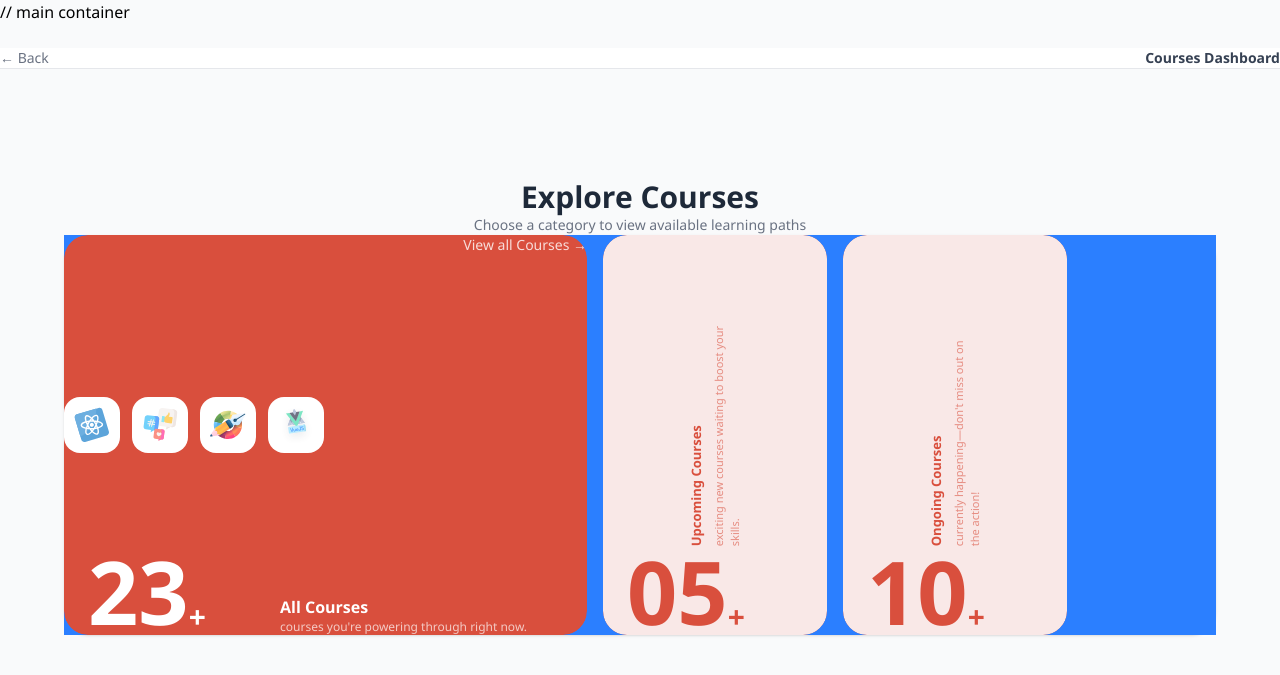
Repository: RahulRajKhadka/nextjs-dashboard-app
Page: /task2
These files come from the project's save history. The page is drawn as it stood at one moment and after the next save; the edit follows.
The browser window is 1280 px wide. The pictures show the whole page.
The project was rebuilt for these pictures with package versions that can differ from the ones it lists, and the page was loaded fresh each time. The framework's server and built-in components were replaced by stand-ins that run in the browser. Also part of the build but not shown: next.config.ts.

Above is the page before, as saved 2026-04-10 16:01:51.

### src/app/layout.tsx
import type { Metadata } from "next";
import "./globals.css";

export const metadata: Metadata = {
  title: "SkillShikshya Tasks",
  description: "Frontend & Logical Tasks",
};

export default function RootLayout({
  children,
}: {
  children: React.ReactNode;
}) {
  return (
    <html lang="en">
      <body>{children}</body>
    </html>
  );
}

### src/app/task2/page.tsx
"use client";
import dynamic from "next/dynamic";
import Link from "next/link";

const CourseCards = dynamic(() => import("@/components/task2/CourseCards"), {
  loading: () => (
    <div className="flex items-center justify-center h-[300px] text-gray-400 text-sm">
      Loading courses...
    </div>
  ),
  ssr: false,
});

export default function Task2Page() {
  return (
    <main className="min-h-screen bg-gray-50 flex flex-col gap-6 "> // main container

      {/* Top Bar */}
      <div className="flex items-center justify-between px-6 md:px-10 py-4 border-b border-gray-200 bg-white">
        <Link
          href="/"
          className="text-sm text-gray-500 hover:text-gray-900 transition-colors"
        >
          ← Back
        </Link>

        <span className="text-sm font-semibold text-gray-700">
          Courses Dashboard
        </span>
      </div>

      {/* Centered Content */}
      <div className="flex-1 flex items-center justify-center px-4 py-10">

        <div className="w-full max-w-6xl">

          {/* Heading */}
          <div className="mb-8 text-center mt-10">
            <h1 className="text-3xl font-bold text-gray-800">
              Explore Courses
            </h1>
            <p className="text-gray-500 text-sm mt-2">
              Choose a category to view available learning paths
            </p>
          </div>

          {/* Cards */}
          <div className="bg-white rounded-3xl shadow-sm p-4 md:p-6">
            <CourseCards />
          </div>

        </div>

      </div>
    </main>
  );
}

### src/app/globals.css
@import "tailwindcss";

* {
  margin: 0;
  padding: 0;
  box-sizing: border-box;
}

html {
  scroll-behavior: smooth;
}

body {
  font-family: "Segoe UI", sans-serif;
  background-color: #f5f5f5;
}

.vertical-text {
  writing-mode: vertical-rl;
  transform: rotate(180deg);
}

### src/components/task2/CourseCards.tsx
"use client";

import { useState, useRef, useLayoutEffect } from "react";
import CourseCard from "./CourseCard";
import { courseCardsData } from "./courseCardsData";
import gsap from "gsap";

export default function CourseCards() {
  const [expandedId, setExpandedId] = useState<number>(1);
  const [directionMap, setDirectionMap] = useState<Map<number, "left" | "right">>(new Map());

  const cardRefs = useRef<(HTMLDivElement | null)[]>([]);
  const labelRefs = useRef<(HTMLDivElement | null)[]>([]); // Store label refs
  const numberRefs = useRef<(HTMLDivElement | null)[]>([]); // Store number refs
  const containerRef = useRef<HTMLDivElement>(null);
  const expandedWidth = useRef(0);
  const collapsedWidth = useRef(0);
  const isAnimating = useRef(false);

  useLayoutEffect(() => {
    const container = containerRef.current;
    if (!container) return;

    const totalWidth = container.clientWidth;
    const gap = 16;
    const totalGap = gap * (courseCardsData.length - 1);
    const unit = (totalWidth - totalGap) / courseCardsData.length;

    expandedWidth.current = unit * 1.4;
    collapsedWidth.current = unit * 0.6;

    const initialDirectionMap = new Map<number, "left" | "right">();
    courseCardsData.forEach((course, index) => {
      const initialDirection = index === 0 ? "right" : "left";
      initialDirectionMap.set(course.id, initialDirection);
    });
    setDirectionMap(initialDirectionMap);

    cardRefs.current.forEach((el, i) => {
      if (el) {
        gsap.set(el, {
          width: courseCardsData[i].id === 1 ? expandedWidth.current : collapsedWidth.current,
        });
      }
    });
  }, []);

  const getDirectionForCard = (clickedId: number, currentExpandedId: number): "left" | "right" => {
    const clickedIndex = courseCardsData.findIndex((c) => c.id === clickedId);
    const expandedIndex = courseCardsData.findIndex((c) => c.id === currentExpandedId);

    if (clickedIndex === 0) return "right";
    if (clickedIndex === courseCardsData.length - 1) return "left";

    if (clickedIndex < expandedIndex) return "right";
    return "left";
  };

  const handleCardClick = (courseId: number) => {
    if (courseId === expandedId || isAnimating.current) return;

    const newDirection = getDirectionForCard(courseId, expandedId);
    const prevIndex = courseCardsData.findIndex((c) => c.id === expandedId);
    const newIndex = courseCardsData.findIndex((c) => c.id === courseId);

    isAnimating.current = true;

    const tl = gsap.timeline({
      onComplete: () => {
        isAnimating.current = false;
      },
    });

    setDirectionMap(prev => {
      const newMap = new Map(prev);
      newMap.set(courseId, newDirection);
      return newMap;
    });

    // Get label and number elements for animation
    const oldLabel = labelRefs.current[prevIndex];
    const newLabel = labelRefs.current[newIndex];
    const oldNumber = numberRefs.current[prevIndex];
    const newNumber = numberRefs.current[newIndex];
    const courseData = courseCardsData[newIndex];

    // Animate old card collapse
    tl.to(cardRefs.current[prevIndex], {
      width: collapsedWidth.current,
      duration: 0.5,
      ease: "power3.inOut",
    }, 0);

    // Animate old label back to collapsed state
    if (oldLabel) {
      tl.to(oldLabel, {
        rotation: -90,
        x: 0,
        y: 0,
        color: courseData.textColor,
        duration: 0.5,
        ease: "power2.inOut",
      }, 0);
    }

    // Animate old number color
    if (oldNumber) {
      tl.to(oldNumber, {
        color: courseData.textColor,
        duration: 0.3,
      }, 0);
    }

    // Update expanded ID mid-timeline
    tl.call(() => {
      setExpandedId(courseId);
    }, null, 0.25);

    // Animate new card expansion
    tl.to(cardRefs.current[newIndex], {
      width: expandedWidth.current,
      duration: 0.5,
      ease: "power3.inOut",
    }, 0.25);

    // Animate new label to expanded position
    if (newLabel && newNumber) {
      const labelRect = newLabel.getBoundingClientRect();
      const numberRect = newNumber.getBoundingClientRect();

      const targetX = numberRect.right + 16 - (labelRect.left + labelRect.width / 2);
      const targetY = numberRect.bottom - labelRect.height / 2 - labelRect.top - labelRect.height / 2;

      tl.fromTo(newLabel,
        {
          rotation: -90,
          x: 0,
          y: 0,
          color: courseData.textColor,
        },
        {
          rotation: 0,
          x: targetX,
          y: targetY,
          color: "#ffffff",
          duration: 0.5,
          ease: "back.out(0.3)",
        }, 0.25
      );
    }

    // Animate new number color
    if (newNumber) {
      tl.to(newNumber, {
        color: "#ffffff",
        duration: 0.3,
      }, 0.4);
    }
  };

  return (
    <div ref={containerRef} className="flex  gap-4 box-border w-full my-8 bg-blue-500  min-h-[200px] md:min-h-[200px] lg:min-h-[400px] ">
      {courseCardsData.map((course, i) => (
        <div
          key={course.id}
          ref={(el) => {
            cardRefs.current[i] = el;
          }}
          className="shrink-0 overflow-hidden my-auto rounded-3xl"
        >
          <CourseCard
            course={course}
            isExpanded={expandedId === course.id}
            direction={directionMap.get(course.id) || (i === 0 ? "right" : "left")}
            isLeftmost={i === 0}
            onClick={() => handleCardClick(course.id)}
            labelRef={(el) => { labelRefs.current[i] = el; }}
            numberRef={(el) => { numberRefs.current[i] = el; }}
          />
        </div>
      ))}
    </div>
  );
}

### src/components/task2/CourseCard.tsx
"use client";

import Image from "next/image";
import { useRef, useLayoutEffect } from "react";
import { CourseCard as CourseCardType } from "@/types";
import gsap from "gsap";

interface Props {
  course: CourseCardType;
  isExpanded: boolean;
  onClick: () => void;
  direction: "left" | "right";
  isLeftmost?: boolean;
}

export default function CourseCard({
  course,
  isExpanded,
  onClick,
  direction,
  isLeftmost = false,
}: Props) {
  const numberRef = useRef<HTMLDivElement>(null);
  const collapsedLabelRef = useRef<HTMLDivElement>(null);
  const expandedLabelRef = useRef<HTMLDivElement>(null);
  const iconsRef = useRef<(HTMLSpanElement | null)[]>([]);
  const topbarRef = useRef<HTMLDivElement>(null);
  const expandedViewRef = useRef<HTMLDivElement>(null);
  const circleRef = useRef<HTMLDivElement>(null);

  useLayoutEffect(() => {
    if (!numberRef.current) return;

    if (isExpanded) {
      // ✅ FLIP START (measure BEFORE layout shift)
      const startRect = numberRef.current.getBoundingClientRect();

      requestAnimationFrame(() => {
        const endRect = numberRef.current!.getBoundingClientRect();
        const deltaX = startRect.left - endRect.left;

        if (direction === "left") {
          gsap.fromTo(
            numberRef.current,
            { x: deltaX },
            {
              x: 0,
              duration: 1.1,
              ease: "power2.out",
            }
          );
        } else {
          gsap.set(numberRef.current, { x: 0 });
        }
      });

      // Circle
      gsap.to(circleRef.current, {
        clipPath: "circle(0% at 0% 100%)",
        duration: 1.5,
        ease: "power3.inOut",
      });

      // Collapse label
      gsap.to(collapsedLabelRef.current, {
        rotate: 0,
        opacity: 0,
        duration: 0.5,
      });

      // Expanded view
      gsap.set(expandedViewRef.current, { display: "grid" });

      const topbarFromX = direction === "left" ? 80 : -80;
      const iconsFromX = direction === "left" ? 150 : -150;

      gsap.fromTo(
        topbarRef.current,
        { opacity: 0, y: -10, x: topbarFromX },
        { opacity: 1, y: 0, x: 0, duration: 0.5, delay: 0.25 }
      );

      gsap.set(iconsRef.current, { x: iconsFromX, opacity: 0 });
      iconsRef.current.forEach((icon, i) => {
        gsap.to(icon, {
          x: 0,
          opacity: 1,
          duration: 0.5,
          delay: 0.25 + i * 0.1,
        });
      });

      const labelFromX = direction === "left" ? 100 : -100;
      gsap.fromTo(
        expandedLabelRef.current,
        { x: labelFromX, opacity: 0 },
        { x: 0, opacity: 1, duration: 2.5, delay: 1,ease: "back.out"   }
      );
    } else {
      // Collapse
      gsap.to(circleRef.current, {
        clipPath: "circle(130% at 0% 80%)",
        duration: 0.7,
      });

      gsap.set(numberRef.current, { x: 0 });

      gsap.set(expandedViewRef.current, { display: "none", delay: 0.2 });

      gsap.to(collapsedLabelRef.current, {
        rotate: -90,
        opacity: 1,
        duration: 0.5,
        delay: 0.15,
      });
    }
  }, [isExpanded, direction]);

  return (
    <div
      onClick={onClick}
      className="relative rounded-3xl overflow-hidden cursor-pointer h-full w-full"
      style={{ backgroundColor: course.bgExpanded }}
    >
      <div
        ref={circleRef}
        className="absolute inset-0 z-[1]"
        style={{
          backgroundColor: course.bg,
          clipPath: "circle(150% at 0% 100%)",
        }}
      />

      {/* NUMBER */}
      <div className="absolute bottom-0 left-6 z-[3] flex items-end p-4">
        <div ref={numberRef} className="flex items-end">
          <span
            className="font-black leading-none"
            style={{
              color: isExpanded ? "#fff" : course.textColor,
              fontSize: "clamp(3.5rem,7vw,5.5rem)",
            }}
          >
            {String(course.count).padStart(2, "0")}
          </span>
          <span
            className="font-black text-3xl mb-2 ml-1"
            style={{ color: isExpanded ? "#fff" : course.textColor }}
          >
            +
          </span>
        </div>
      </div>

      {/* Collapsed */}
      <div className="absolute inset-0 z-[2] flex items-center justify-center">
        <div
          ref={collapsedLabelRef}
          className="flex flex-col gap-1"
          style={{ transform: "rotate(-90deg)" }}
        >
          <span className="font-bold text-[13px]" style={{ color: course.textColor }}>
            {course.label}
          </span>
          <p className="text-[11px] opacity-60" style={{ color: course.textColor }}>
            {course.sublabel}
          </p>
        </div>
      </div>

      {/* Expanded */}
      <div
        ref={expandedViewRef}
        className="absolute inset-0 z-[2] p-5"
        style={{
          display: isExpanded ? "grid" : "none",
          gridTemplateRows: "auto 1fr auto",
        }}
      >
        <div ref={topbarRef} className="flex justify-end mt-40">
          <span className="text-white/80 text-sm">View all Courses →</span>
        </div>

        <div className="flex gap-3 items-center">
          {course.icons?.map((iconPath, i) => (
            <span
              key={i}
              ref={(el) => (iconsRef.current[i] = el)}
              className="w-14 h-14 rounded-2xl bg-white flex items-center justify-center"
            >
              <Image src={iconPath} alt="" width={36} height={36} />
            </span>
          ))}
        </div>

        <div className="flex gap-10 mb-4">
          <div style={{ width: "clamp(8rem,14vw,11rem)" }} />
          <div ref={expandedLabelRef}>
            <span className="text-white font-bold">{course.label}</span>
            <p className="text-white/70 text-xs">{course.sublabel}</p>
          </div>
        </div>
      </div>
    </div>
  );
}

### src/components/task2/courseCardsData.ts
import { CourseCard } from "@/types";

export const courseCardsData: CourseCard[] = [
  {
    id: 1,
    count: "23",
    label: "All Courses",
    sublabel: "courses you're powering through right now.",
    bg: "#F9E8E7",        // ← was "#D94F3D", should be light pink
    textColor: "#D94F3D",  // ← was "white", red for collapsed state
    bgExpanded: "#D94F3D",
    icons: ["/images/react.svg", "/images/likes.svg", "/images/design.svg", "/images/view.svg"],
  },
  {
    id: 2,
    count: "05",
    label: "Upcoming Courses",
    sublabel: "exciting new courses waiting to boost your skills.",
    bg: "#F9E8E7",
    textColor: "#D94F3D",
    bgExpanded: "#D94F3D",
    icons: ["/images/react.svg", "/images/likes.svg", "/images/design.svg", "/images/view.svg"],
  },
  {
    id: 3,
    count: "10",
    label: "Ongoing Courses",
    sublabel: "currently happening—don't miss out on the action!",
    bg: "#F9E8E7",
    textColor: "#D94F3D",
    bgExpanded: "#D94F3D",
    icons: ["/images/react.svg", "/images/likes.svg", "/images/design.svg", "/images/view.svg"],
  },
];

After the next save:
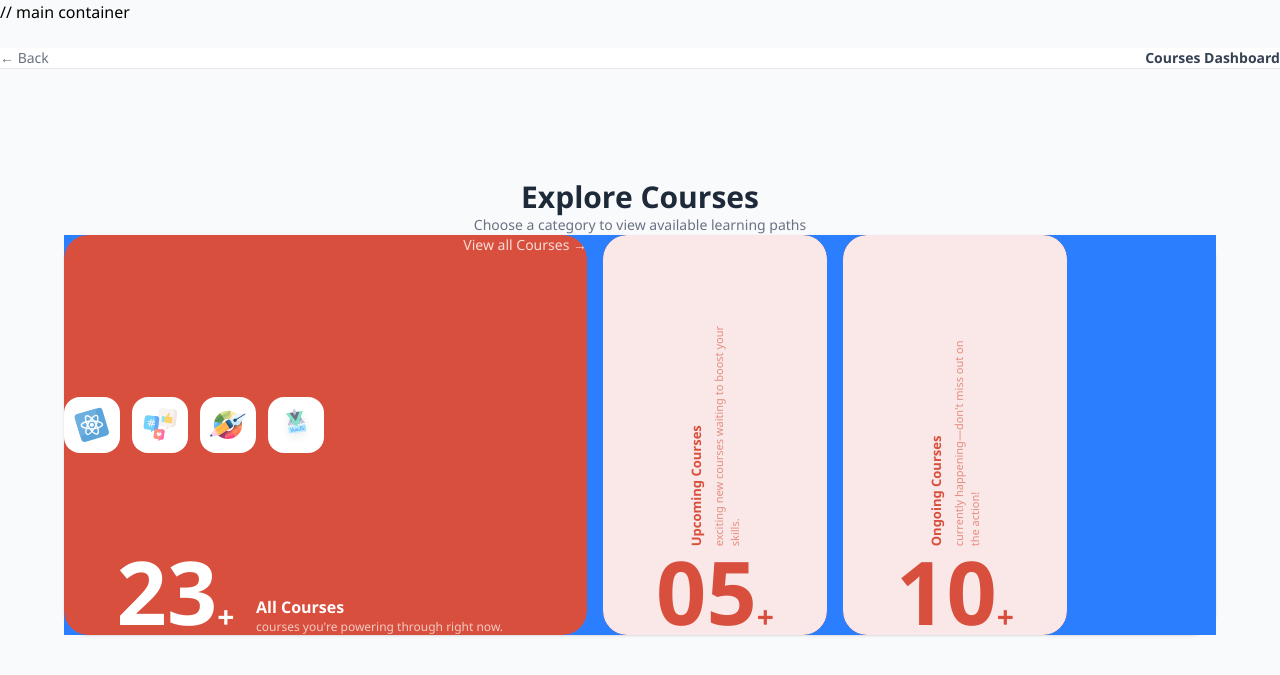
Saved 8 s later.
--- a/src/components/task2/CourseCard.tsx
+++ b/src/components/task2/CourseCard.tsx
@@ -10,7 +10,6 @@ interface Props {
   isExpanded: boolean;
   onClick: () => void;
   direction: "left" | "right";
-  isLeftmost?: boolean;
 }
 
 export default function CourseCard({
@@ -18,7 +17,6 @@ export default function CourseCard({
   isExpanded,
   onClick,
   direction,
-  isLeftmost = false,
 }: Props) {
   const numberRef = useRef<HTMLDivElement>(null);
   const collapsedLabelRef = useRef<HTMLDivElement>(null);
@@ -29,89 +27,73 @@ export default function CourseCard({
   const circleRef = useRef<HTMLDivElement>(null);
 
   useLayoutEffect(() => {
-    if (!numberRef.current) return;
+    const fromX = direction === "right" ? -150 : 150;
 
     if (isExpanded) {
-      // ✅ FLIP START (measure BEFORE layout shift)
-      const startRect = numberRef.current.getBoundingClientRect();
-
-      requestAnimationFrame(() => {
-        const endRect = numberRef.current!.getBoundingClientRect();
-        const deltaX = startRect.left - endRect.left;
-
-        if (direction === "left") {
-          gsap.fromTo(
-            numberRef.current,
-            { x: deltaX },
-            {
-              x: 0,
-              duration: 1.1,
-              ease: "power2.out",
-            }
-          );
-        } else {
-          gsap.set(numberRef.current, { x: 0 });
-        }
-      });
-
-      // Circle
       gsap.to(circleRef.current, {
         clipPath: "circle(0% at 0% 100%)",
         duration: 1.5,
         ease: "power3.inOut",
       });
 
-      // Collapse label
-      gsap.to(collapsedLabelRef.current, {
-        rotate: 0,
-        opacity: 0,
-        duration: 0.5,
+      gsap.to(numberRef.current, {
+        x: -150,
+        duration: 1.1,
+        ease: "power1.inOut",
       });
 
-      // Expanded view
+      gsap.to(collapsedLabelRef.current, {
+        opacity: 0,
+        y: -20,
+        duration: 0.8,
+        ease: "power2.in",
+      });
+
       gsap.set(expandedViewRef.current, { display: "grid" });
 
-      const topbarFromX = direction === "left" ? 80 : -80;
-      const iconsFromX = direction === "left" ? 150 : -150;
-
+      const topbarFromX = direction === "left" ? 80 : 0;
       gsap.fromTo(
         topbarRef.current,
         { opacity: 0, y: -10, x: topbarFromX },
-        { opacity: 1, y: 0, x: 0, duration: 0.5, delay: 0.25 }
+        { opacity: 1, y: 0, x: 0, duration: 0.5, delay: 0.25, ease: "power2.out" }
       );
 
-      gsap.set(iconsRef.current, { x: iconsFromX, opacity: 0 });
+      gsap.set(iconsRef.current, { x: fromX, opacity: 0 });
       iconsRef.current.forEach((icon, i) => {
         gsap.to(icon, {
           x: 0,
           opacity: 1,
           duration: 0.5,
+          ease: "power2.out",
           delay: 0.25 + i * 0.1,
         });
       });
 
-      const labelFromX = direction === "left" ? 100 : -100;
       gsap.fromTo(
         expandedLabelRef.current,
-        { x: labelFromX, opacity: 0 },
-        { x: 0, opacity: 1, duration: 2.5, delay: 1,ease: "back.out"   }
+        { x: 100, opacity: 0 },
+        { x: 0, opacity: 1, duration: 0.5, delay: 0.3 }
       );
     } else {
-      // Collapse
       gsap.to(circleRef.current, {
         clipPath: "circle(130% at 0% 80%)",
         duration: 0.7,
+        ease: "power3.inOut",
       });
 
-      gsap.set(numberRef.current, { x: 0 });
+      gsap.to(numberRef.current, {
+        x: 0,
+        duration: 0.6,
+      });
 
       gsap.set(expandedViewRef.current, { display: "none", delay: 0.2 });
+      gsap.set(topbarRef.current, { x: 0 });
 
       gsap.to(collapsedLabelRef.current, {
-        rotate: -90,
         opacity: 1,
-        duration: 0.5,
-        delay: 0.15,
+        y: 0,
+        duration: 0.3,
+        delay: 0.1,
       });
     }
   }, [isExpanded, direction]);
@@ -122,6 +104,7 @@ export default function CourseCard({
       className="relative rounded-3xl overflow-hidden cursor-pointer h-full w-full"
       style={{ backgroundColor: course.bgExpanded }}
     >
+      {/* PINK CIRCLE */}
       <div
         ref={circleRef}
         className="absolute inset-0 z-[1]"
@@ -131,13 +114,13 @@ export default function CourseCard({
         }}
       />
 
-      {/* NUMBER */}
-      <div className="absolute bottom-0 left-6 z-[3] flex items-end p-4">
+
+      <div className="absolute bottom-0 left-0 right-0 z-[3] flex items-end justify-center p-4">
         <div ref={numberRef} className="flex items-end">
           <span
             className="font-black leading-none"
             style={{
-              color: isExpanded ? "#fff" : course.textColor,
+              color: isExpanded ? "#ffffff" : course.textColor,
               fontSize: "clamp(3.5rem,7vw,5.5rem)",
             }}
           >
@@ -145,30 +128,36 @@ export default function CourseCard({
           </span>
           <span
             className="font-black text-3xl mb-2 ml-1"
-            style={{ color: isExpanded ? "#fff" : course.textColor }}
+            style={{ color: isExpanded ? "#ffffff" : course.textColor }}
           >
             +
           </span>
         </div>
       </div>
 
-      {/* Collapsed */}
+      {/* COLLAPSED VIEW */}
       <div className="absolute inset-0 z-[2] flex items-center justify-center">
         <div
           ref={collapsedLabelRef}
           className="flex flex-col gap-1"
           style={{ transform: "rotate(-90deg)" }}
         >
-          <span className="font-bold text-[13px]" style={{ color: course.textColor }}>
+          <span
+            className="font-bold text-[13px]"
+            style={{ color: course.textColor }}
+          >
             {course.label}
           </span>
-          <p className="text-[11px] opacity-60" style={{ color: course.textColor }}>
+          <p
+            className="text-[11px] opacity-60"
+            style={{ color: course.textColor }}
+          >
             {course.sublabel}
           </p>
         </div>
       </div>
 
-      {/* Expanded */}
+      {/* EXPANDED VIEW */}
       <div
         ref={expandedViewRef}
         className="absolute inset-0 z-[2] p-5"
@@ -193,7 +182,7 @@ export default function CourseCard({
           ))}
         </div>
 
-        <div className="flex gap-10 mb-4">
+        <div className="flex items-end gap-4">
           <div style={{ width: "clamp(8rem,14vw,11rem)" }} />
           <div ref={expandedLabelRef}>
             <span className="text-white font-bold">{course.label}</span>
